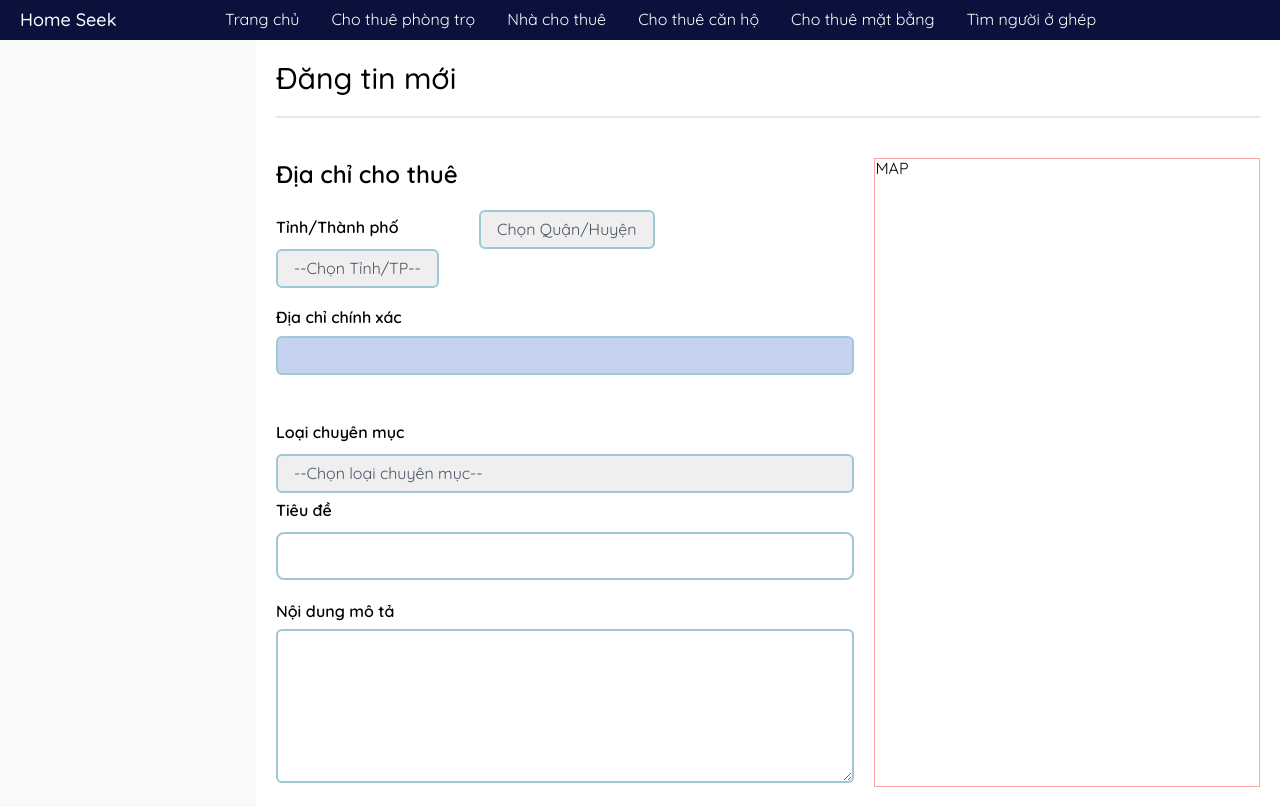
Repository: ajincome26/homeseek
Page: /create (app in client/)
The author's editor kept a copy of each file at every save. The page is drawn from the files as they stood at one save, then again after the next save.
The browser window is 1280 px wide. The pictures show the whole page.
The page's requests for data from a server got no answer. The project was rebuilt for these pictures with package versions that can differ from the ones it lists, and the page was loaded fresh each time. Some packages were replaced by stand-ins written for this rebuild. No one was signed in, and anything a server would have sent is missing. Also part of the build but not shown: client/vite.config.ts, client/src/components/Footer/Footer.tsx, client/src/components/Button/Button.tsx, client/src/components/Button/index.ts, client/src/utils/utils.tsx, client/src/components/MainHeader/components/User.tsx, client/src/components/Popover/Popover.tsx, client/src/components/Popover/index.ts and 16 more.

Above is the page before, as saved 2024-01-10 05:09:38.

After the next save:
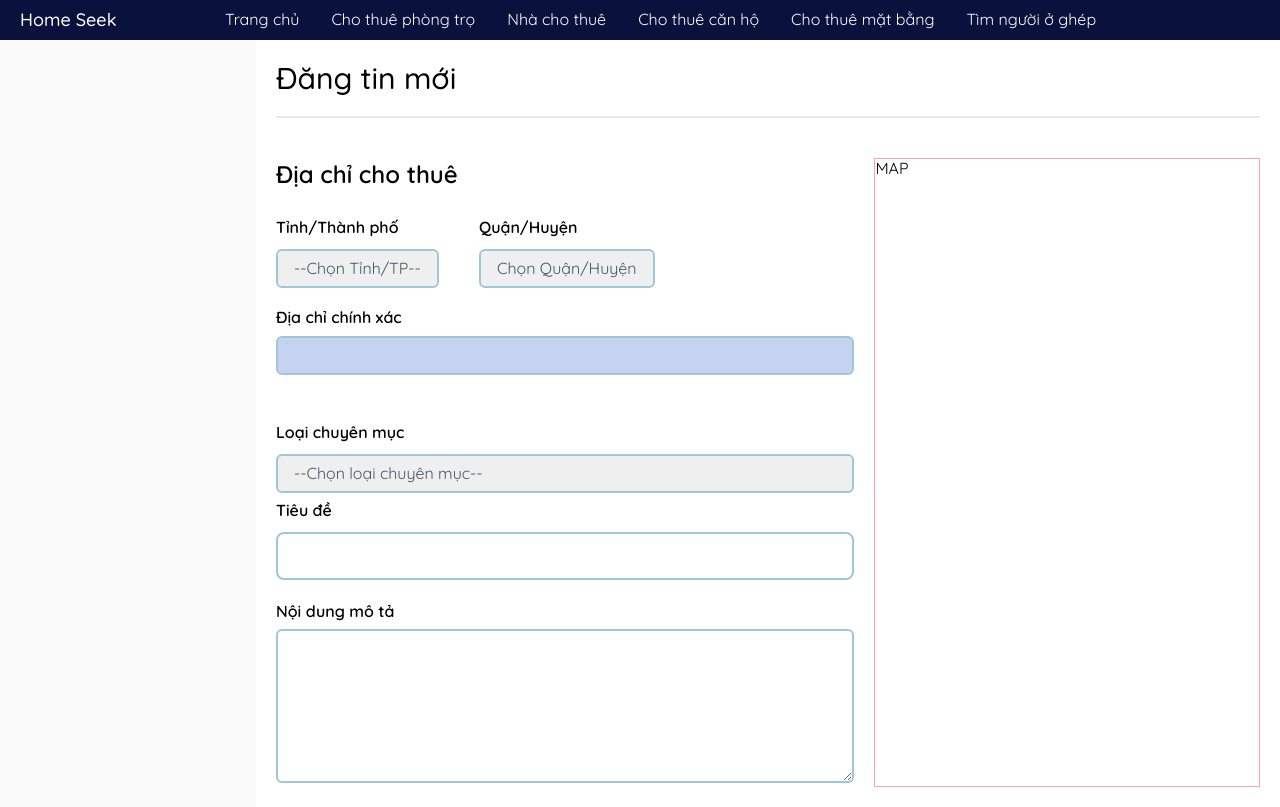
Saved 22 s later.
--- a/client/src/pages/CreatePostPage/components/Address.tsx
+++ b/client/src/pages/CreatePostPage/components/Address.tsx
@@ -51,15 +51,18 @@ const Address = () => {
             setValue={setProvince}
           />
         </Field>
-
-        <Select
-          type='district'
-          label='Quận/Huyện'
-          optionTitle='Chọn Quận/Huyện'
-          districts={districts}
-          value={district}
-          setValue={setDistrict}
-        />
+        <Field>
+          <Label textColor='text-black' htmlFor='title'>
+            Quận/Huyện
+          </Label>
+          <Select
+            type='district'
+            optionTitle='Chọn Quận/Huyện'
+            districts={districts}
+            value={district}
+            setValue={setDistrict}
+          />
+        </Field>
       </div>
       <InputReadOnly
         title='Địa chỉ chính xác'
